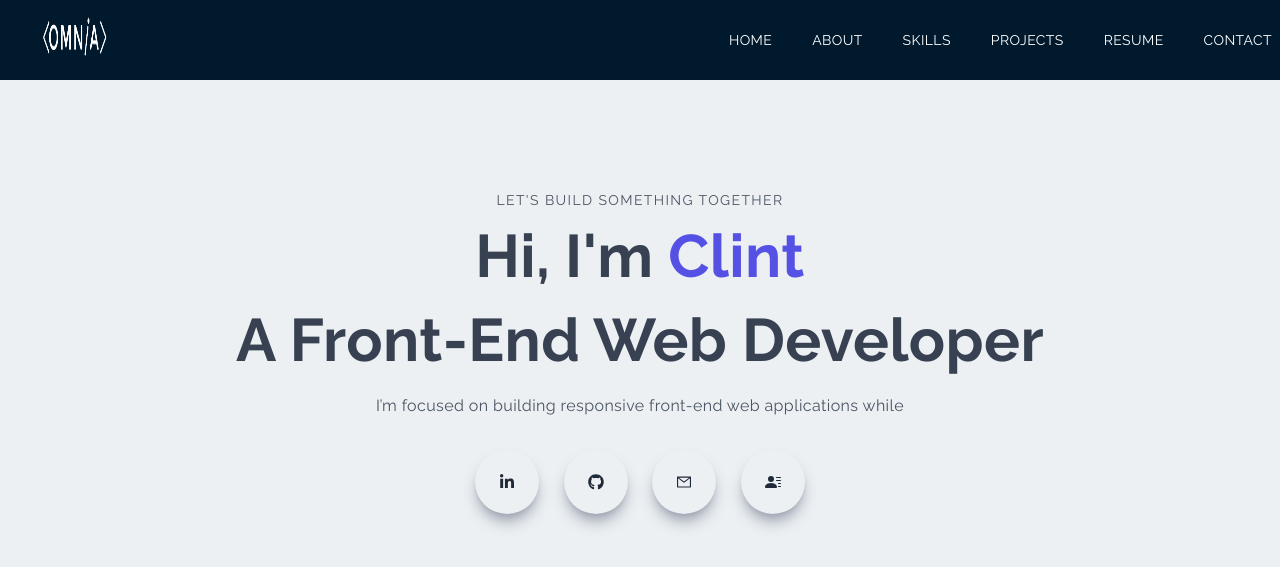
Repository: OmniaRafat232111121/portfolionextjs
Page: /
The author's editor kept a copy of each file at every save. The page is drawn from the files as they stood at one save, then again after a run of saves.
The browser window is 1280 px wide. The pictures show the whole page.
The project was rebuilt for these pictures with package versions that can differ from the ones it lists, and the page was loaded fresh each time. The framework's server and built-in components were replaced by stand-ins that run in the browser. Also part of the build but not shown: next.config.js.

Above is the page before, as saved 2022-09-27 17:13:13.

After the next 3 saves:
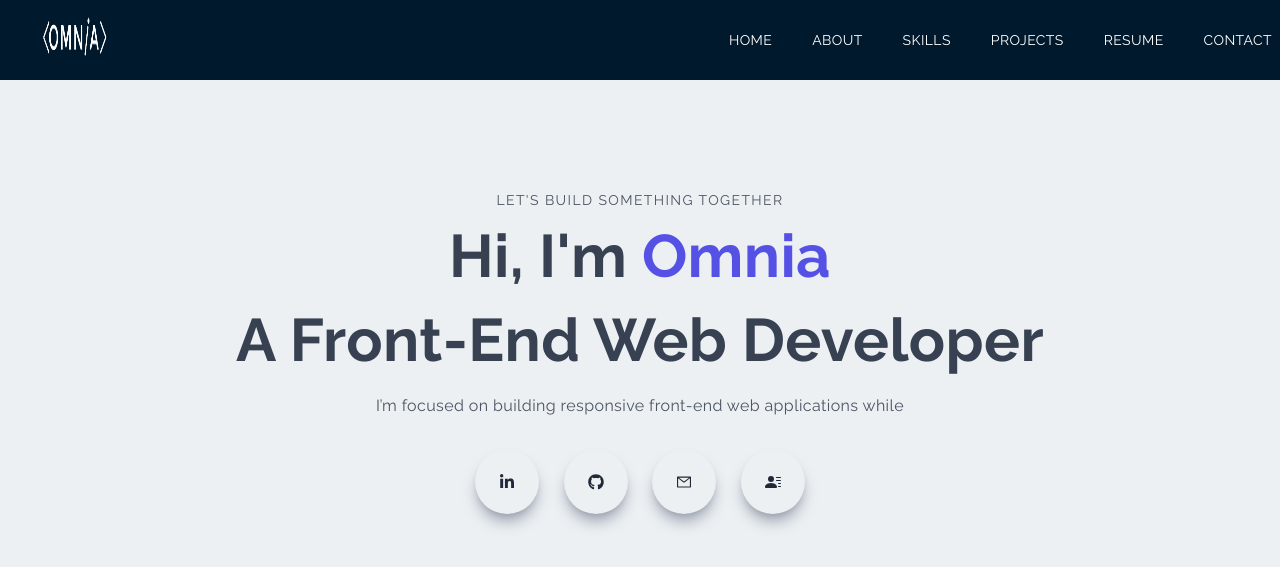
The 3 saves are shown as one change because they came seconds apart.
The last was saved 33 s later.
--- a/components/Main.jsx
+++ b/components/Main.jsx
@@ -13,7 +13,7 @@ const Main = () => {
             LET&#39;S BUILD SOMETHING TOGETHER
           </p>
           <h1 className='py-4 text-gray-700'>
-            Hi, I&#39;m <span className='text-[#5651e5]'> Clint</span>
+            Hi, I&#39;m <span className='text-[#5651e5]'> Omnia</span>
           </h1>
           <h1 className='py-2 text-gray-700'>A Front-End Web Developer</h1>
           <p className='py-4 text-gray-600 sm:max-w-[70%] m-auto'>
